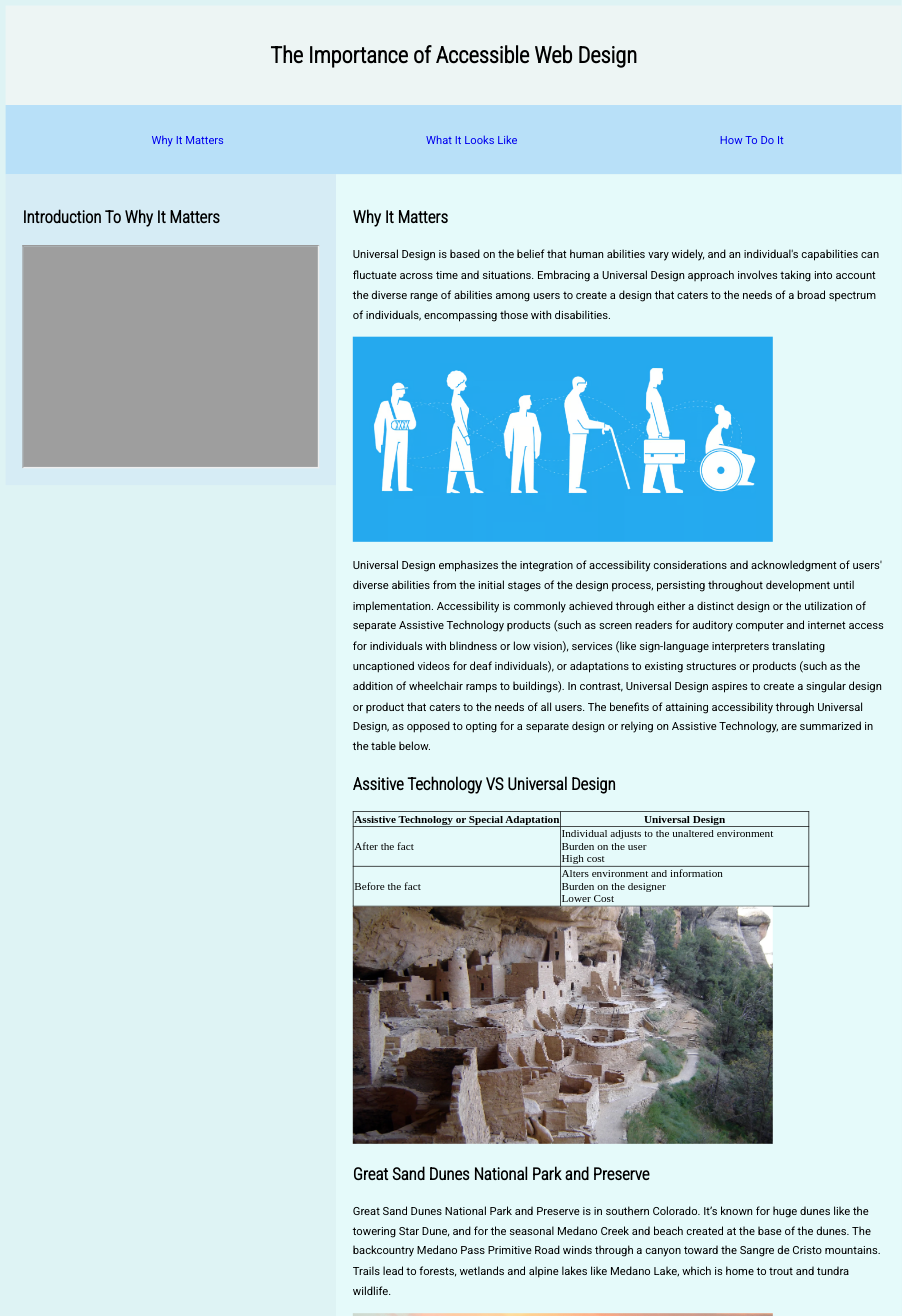
Repository: ethan-schrauf/UniversalDesignWebsite
Page: Final-Project/why.html
The author's editor kept a copy of each file at every save. The page is drawn from the files as they stood at one save, then again after the next save.
The browser window is 1280 px wide. The page is 1288 px wide, so the pictures cover 1288 px, including what lies to the right of the window. The pictures show the part of the page from y = 0 to 1880 px (the page is 3984 px tall before and 3389 px after), at 70% of full size.
Pictures or frames that could not be fetched are drawn as grey boxes.

Above is the page before, as saved 2023-11-24 17:43:54.

### Final-Project/why.html

<!DOCTYPE html>

<html lang="en">
<head>
  <meta charset="UTF-8">
  <meta name="viewport" content="width=device-width, initial-scale=1.0">
  <meta http-equiv="X-UA-Compatible" content="ie=edge">
  <title>Why Accessibility Matters</title>
  <link href="why.css" rel="stylesheet">
</head>
<body>
<div class="container">
  <header>
    <h1>The Importance of Accessible Web Design</h1>
  </header>
  <nav>
    <h2 class="sr-only">Main Navigation</h2>
    <ul>
      <li><a href="why.html">Why It Matters</a></li>
      <li><a href="what.html">What It Looks Like</a></li>
      <li><a href="how.html">How To Do It</a></li>
    </ul>
  </nav>
  <main>
    <section>
      <h2 id="Why It Matters">Why It Matters</h2>
      <p>Universal Design is based on the belief that human abilities vary widely, and an individual's capabilities can fluctuate across time and situations. Embracing a Universal Design approach involves taking into account the diverse range of abilities among users to create a design that caters to the needs of a broad spectrum of individuals, encompassing those with disabilities.</p>
      <img src="images/why-it-matters.png" alt="A diverse group of people are moving to the right."  style="width: 600px; height: auto;">
      <p>Universal Design emphasizes the integration of accessibility considerations and acknowledgment of users' diverse abilities from the initial stages of the design process, persisting throughout development until implementation. Accessibility is commonly achieved through either a distinct design or the utilization of separate Assistive Technology products (such as screen readers for auditory computer and internet access for individuals with blindness or low vision), services (like sign-language interpreters translating uncaptioned videos for deaf individuals), or adaptations to existing structures or products (such as the addition of wheelchair ramps to buildings). In contrast, Universal Design aspires to create a singular design or product that caters to the needs of all users. The benefits of attaining accessibility through Universal Design, as opposed to opting for a separate design or relying on Assistive Technology, are summarized in the table below.</p>
      <!-- TABLE -->
  <section id="Assitive-Technology-or-Special Adaptation-VS-Universal-Design">
    <h2>Assitive Technology VS Universal Design</h2>
    <table>
      <caption></caption>
      <thead>
          <tr>
              <th scope="col">Assistive Technology or Special Adaptation</th>
              <th scope="col">Universal Design</th>
          </tr>
      </thead>
      <tbody>
          <tr>
              <td>After the fact</td>
              <td>Individual adjusts to the unaltered environment<br>Burden on the user<br>High cost</td>
          </tr>
          <tr>
              <td>Before the fact</td>
              <td>Alters environment and information<br>Burden on the designer<br>Lower Cost</td>
          </tr>
      </tbody>
  </table>
  </section>
      <img src="images/mesa-verde-national-park.jpeg" alt="Mesa Verde National Park Cave Dwellings"  style="width: 600px; height: auto;">
      <h2>Great Sand Dunes National Park and Preserve</h2>
      <p>Great Sand Dunes National Park and Preserve is in southern Colorado. It’s known for huge dunes like the towering Star Dune, and for the seasonal Medano Creek and beach created at the base of the dunes. The backcountry Medano Pass Primitive Road winds through a canyon toward the Sangre de Cristo mountains. Trails lead to forests, wetlands and alpine lakes like Medano Lake, which is home to trout and tundra wildlife.</p>
      <img src="images/great-sand-dunes-national-park.jpeg" alt="Great Sand Dunes National Park with collegiant peaks towering aboe" style="width: 600px; height: auto;">
      <h2>Black Canyon of the Gunnison National Park</h2>
      <p>Black Canyon of the Gunnison National Park is in western Colorado. It surrounds part of a deep, steep-walled gorge carved through Precambrian rock by the Gunnison River. Roads and trails along the north and south rims have views of the Black Canyon's dramatic drops and the striated Painted Wall cliff. The winding East Portal Road descends to the river. Wildlife includes mule deer, elk and golden eagles.</p>
      <img src="images/black-canyon-of-the-gunnison-national-park.jpeg" alt="Black Canyon of The Gunnison National Park" style="width: 600px; height: auto;">
      <h2>Lost Creek Wilderness</h2>
      <p>The Lost Creek Wilderness is a 119,790-acre wilderness area located in central Colorado in Jefferson and Park counties, south of the town of Bailey. The area is situated entirely within the boundaries of the Pike National Forest.</p>
      <img src="images/Lost-Creek-Wilderness-National-Park.jpeg" alt="Mountainside in Lost Creek Wilderness National Park" style="width: 600px; height: auto;">
      <h2>Black Ridge Canyons Wilderness (Colorado)</h2>
      <p>The Black Ridge Canyons Wilderness is located in western Colorado with a small portion extending into eastern Utah, USA, within the arid Colorado Plateau region approximately 15 miles west of Grand Junction, Colorado. The wilderness lies on the northwest flank of the Uncompahgre Plateau.</p>
      <img src="images/black-ridge-canyon-wilderness-national-park.jpeg" alt="Rock arch in Black Ridge Canyon Wilderness National Park" style="width: 600px; height: auto;">
    </section>
  </main>
  <aside id="Park-Rules">
    <h2>Introduction To Why It Matters</h2>
<iframe width="420" height="315"
src="https://www.youtube.com/embed/20SHvU2PKsM?si=sPxk5s9YLsb9J-sf">
</iframe>  </aside>
  <footer>
    <small> Designed by Ethan Schrauf</small>
  </footer>

</div> <!-- end container -->
</body>
</html>

### Final-Project/why.css
@import url('https://fonts.googleapis.com/css2?family=Roboto&display=swap');
@import url('https://fonts.googleapis.com/css2?family=Roboto&family=Roboto+Condensed:wght@300&display=swap');

body {
    background: rgb(222, 243, 244);
}

/* css reset */
::before,
::after {
    box-sizing: border-box;
    padding: 0;
    margin: 0;
}

h1,
h2,
h3 {
    padding: .2em 0;
}

p {
    margin: 1.0em 0;
    line-height: 1.8em;
}

header,
nav,
main,
aside,
footer {
    padding: 1.5em;
}

header,
footer {
    text-align: center;
}

.container {
    max-width: 1500px;
    margin: 0 auto;
    /* background: rgb(243, 251, 209); */
    display: grid;
    width: 100vw;
    height: 100vh;
    grid-template-columns:
     1fr       3fr;
    grid-template-areas:
    "heady     heady"
    "navvy     navvy"
    "Park-Rules    mainy"
    "Colorado-Wildlife    mainy"
    "footy     footy";

  }

  header {grid-area: heady; background:rgb(237, 245, 244);}
nav {grid-area: navvy; background:rgb(184, 224, 248);}
main {grid-area: mainy; background: rgb(229, 250, 250); max-height: 100%;}
#Park-Rules {grid-area: Park-Rules; background: rgb(214, 236, 245);}
#Colorado-Wildlife {grid-area: Colorado-Wildlife; background: rgb(215, 241, 247);}
footer {grid-area: footy; background: rgb(205, 238, 255);}

nav ul {
    display: flex;
    flex-flow: row nowrap;
    justify-content: space-around;
    }

    nav ul li {
      list-style: none
    }

    @media screen
      and (min-width: 701px)
      and (max-width: 1000px)  {
    .container {
    grid-template-columns:
       1fr 1fr;
    grid-template-areas:
      "heady heady"
      "navvy navvy"
      "mainy mainy"
      "Park-Rules Colorado-Wildlife"
      "footy footy";
    }
    }

    @media screen
      and (max-width: 700px)  {
    .container {
    grid-template-columns:
       1fr;
    grid-template-areas:
      "heady"
      "navvy"
      "mainy"
      "Park-Rules"
      "Colorado-Wildlife"
      "footy";
    }
    nav ul {
      flex-flow: column nowrap;
      text-align: center;
    }
    nav ul li a {
      display: block;
      padding: 10px 5px;
      margin: 5px;
      background: white;

    }
    }

    p {
        font-family: 'Roboto', sans-serif;
    }

    h2,
    h1 {
        font-family: 'Roboto Condensed', sans-serif;
    }

    #park-image {
        width: 300px; /* Set the desired width in pixels */
        height: auto; /* Maintain the aspect ratio */
      }

      .sr-only {
        border: 0;
        clip: rect(0, 0, 0, 0);
        height: 1px;
        margin: -1px;
        overflow: hidden;
        padding: 0;
        position: absolute;
        white-space: nowrap;
        width: 1px;
      }

       a {
      text-decoration: none;
      font-family: 'Roboto', sans-serif;
    }

  iframe {
    display:block;
  }

  table {
    border: 2px solid rgb(0, 0, 0);
  }

  table, th, td {
    border-collapse: collapse;
    border: 1px solid rgb(0, 0, 0);
  }
  td {
    border-collapse: collapse;
    padding-right: 50px;
  }

After the next save:
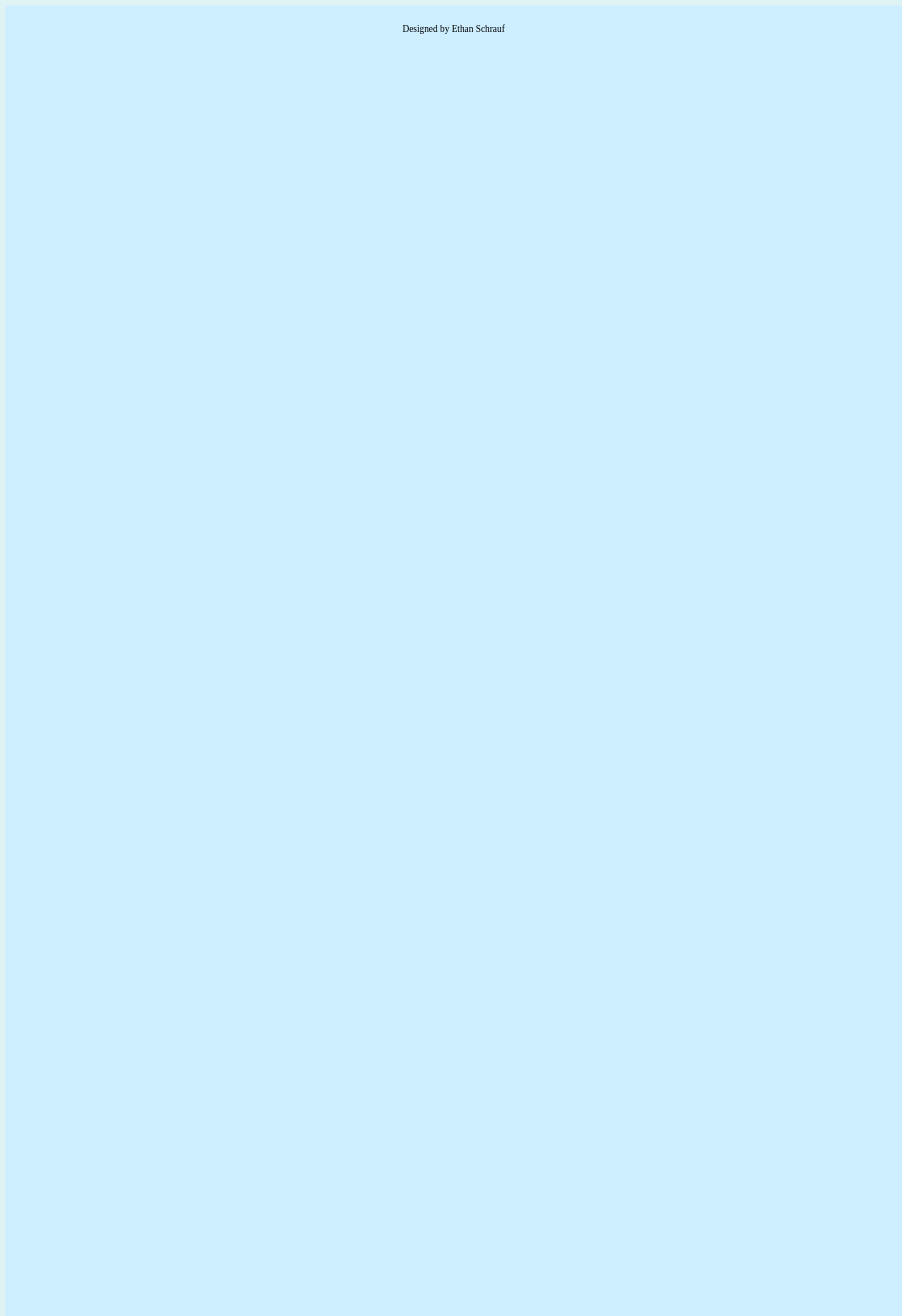
Saved 4 s later.
--- a/Final-Project/why.css
+++ b/Final-Project/why.css
@@ -47,7 +47,7 @@
     grid-template-columns:
      1fr       3fr;
     grid-template-areas:
-    "heady     heady"
+    "heady     heady heady"
     "navvy     navvy"
     "Park-Rules    mainy"
     "Colorado-Wildlife    mainy"

After the save that followed:
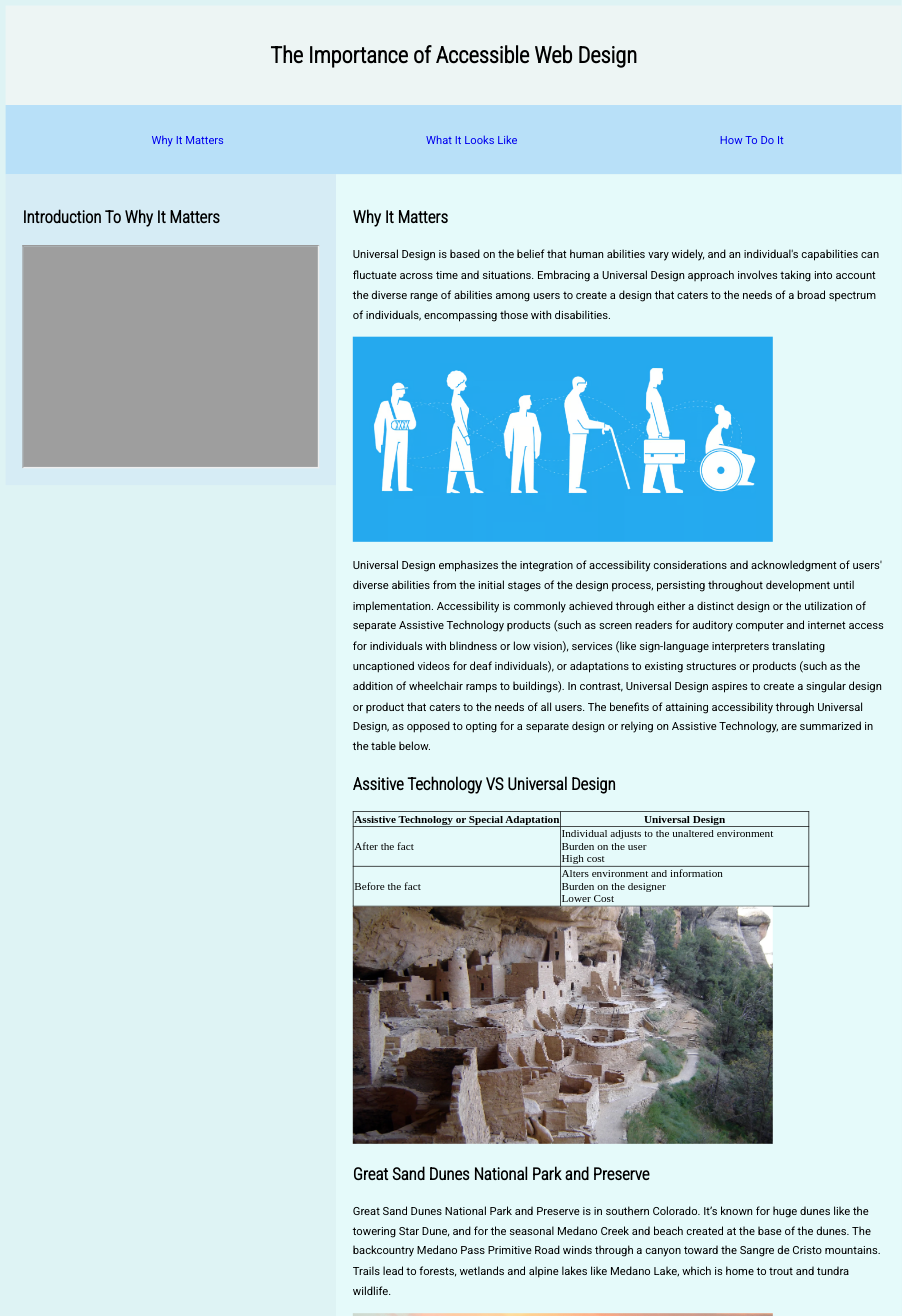
Saved 18 s later.
--- a/Final-Project/why.css
+++ b/Final-Project/why.css
@@ -48,10 +48,10 @@
      1fr       3fr;
     grid-template-areas:
     "heady     heady heady"
-    "navvy     navvy"
-    "Park-Rules    mainy"
-    "Colorado-Wildlife    mainy"
-    "footy     footy";
+    "navvy     navvy navvy"
+    "Park-Rules    mainy mainy"
+    "Colorado-Wildlife    mainy mainy"
+    "footy     footy footy";
 
   }
 
